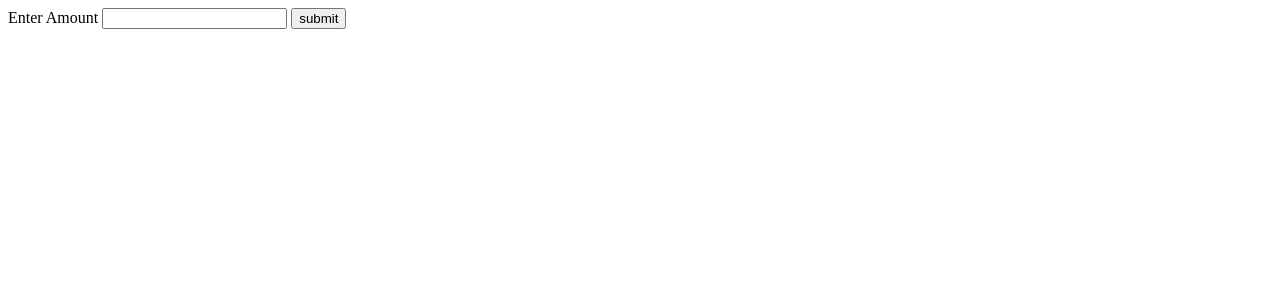
Repository: Kamrangujjar85112/Javascript-Vanilla-Projects
Page: index.html
The author's editor kept a copy of each file at every save. The page is drawn from the files as they stood at one save, then again after the next save.
The browser window is 1280 px wide. The pictures show the whole page.

Above is the page before, as saved 2022-01-16 18:15:07.

After the next save:
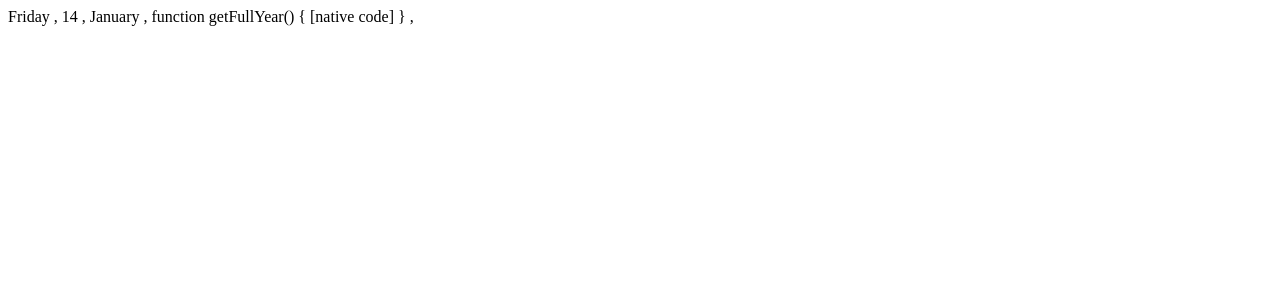
Saved 21 s later.
--- a/app.js
+++ b/app.js
@@ -458,3 +458,4 @@ console.log(date.getFullYear());
 console.log(date.getDate());
 
 const sentence= `${days[day]} , ${date.getDate()} , ${months[month]} , ${date.getFullYear} ,`;
+document.body.innerHTML = sentence;
